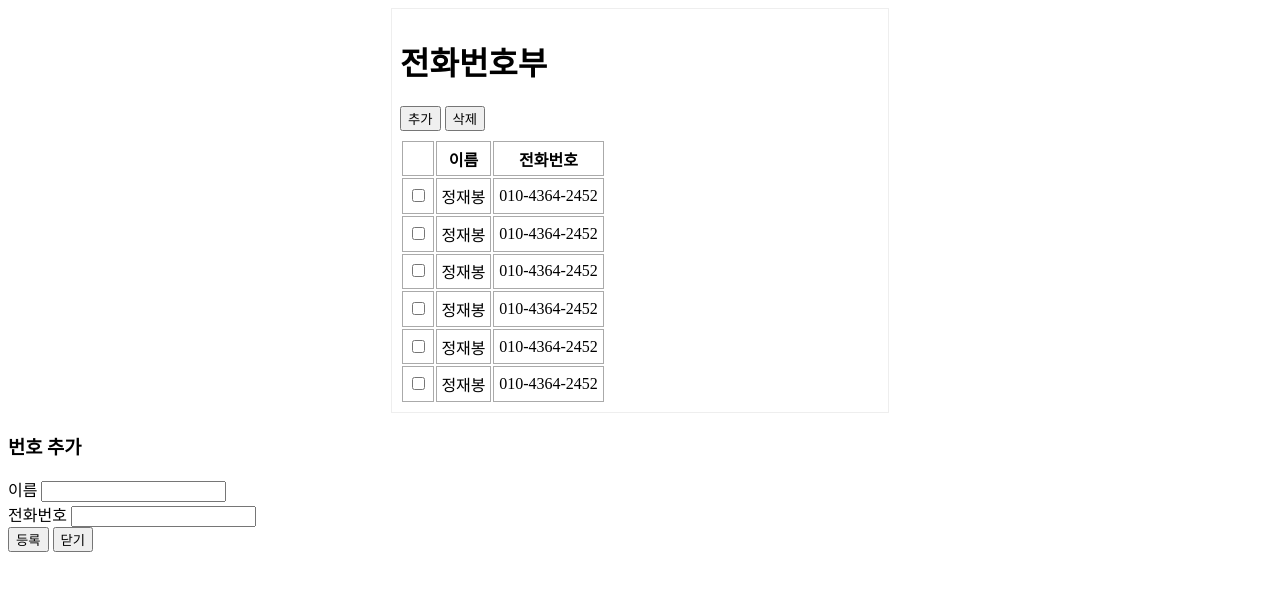
Repository: limjh0513/DGSW_JAVA
Page: http://localhost/web/phoneBook/phoneBook.html
The author's editor kept a copy of each file at every save. The page is drawn from the files as they stood at one save, then again after the next save.
The browser window is 1280 px wide. The pictures show the whole page.
The page is served by Tomcat 9. Other server files are loaded and not shown.

Above is the page before, as saved 2021-11-03 02:23:05.

### 2학기/JAVA_WEB/web/src/main/webapp/phoneBook/phoneBook.html
<!DOCTYPE html>
<html>
<head>
<meta charset="EUC-KR">
<title>전화번호부</title>
<link rel="stylesheet" href="css/phoneBook.css" />
</head>
<body>
	<div class="main">
		<h1>전화번호부</h1>
		<div class="btn">
			<button>추가</button>
			<button>삭제</button>
		</div>

		<table>
			<thead>
				<tr class="list">
					<th></th>
					<th>이름</th>
					<th>전화번호</th>
				</tr>
			</thead>
			<tbody>
				<tr class="list">
					<td><input type="checkbox" /></td>
					<td>정재봉</td>
					<td>010-4364-2452</td>
				</tr>
			<tbody>
				<tr class="list">
					<td><input type="checkbox" /></td>
					<td>정재봉</td>
					<td>010-4364-2452</td>
				</tr>
			<tbody>
				<tr class="list">
					<td><input type="checkbox" /></td>
					<td>정재봉</td>
					<td>010-4364-2452</td>
				</tr>
			<tbody>
				<tr class="list">
					<td><input type="checkbox" /></td>
					<td>정재봉</td>
					<td>010-4364-2452</td>
				</tr>
			<tbody>
				<tr class="list">
					<td><input type="checkbox" /></td>
					<td>정재봉</td>
					<td>010-4364-2452</td>
				</tr>
			<tbody>
				<tr class="list">
					<td><input type="checkbox" /></td>
					<td>정재봉</td>
					<td>010-4364-2452</td>
				</tr>
		</table>
	</div>

	<div class="registerLayer">
		<h3>번호 추가</h3>
		<div>
			<label>이름</label>
			<input type="text" name="name"/>
		</div>
		<div>
			<label>전화번호</label>
			<input type="text" name="phoenNumber"/>
		</div>
		<div>
			<input type="button" value="등록"/>
			<input type="button" value="닫기"/>
		</div>
	</div>
</body>
</html>

### 2학기/JAVA_WEB/web/src/main/webapp/phoneBook/css/phoneBook.css
@charset "EUC-KR";

.main {
	width: 30rem;
	border: 1px solid #EEE;
	margin: 0 auto 0 auto;
	padding: 0.5rem;
}

.btn{
	text-align: rigth;
	padding-right: 3rem;
	margin-bottom: 0.5rem;
}

.list{
	width: 95%;
	margin: 0 auto 0 auto;
	border-collapse: collapse;
}

.list th, td{
	border: 1px solid #AAA;
	padding: 0.3rem;
	text-align: center;
}

.registerLayer{
	width: 20rem;

}

After the next save:
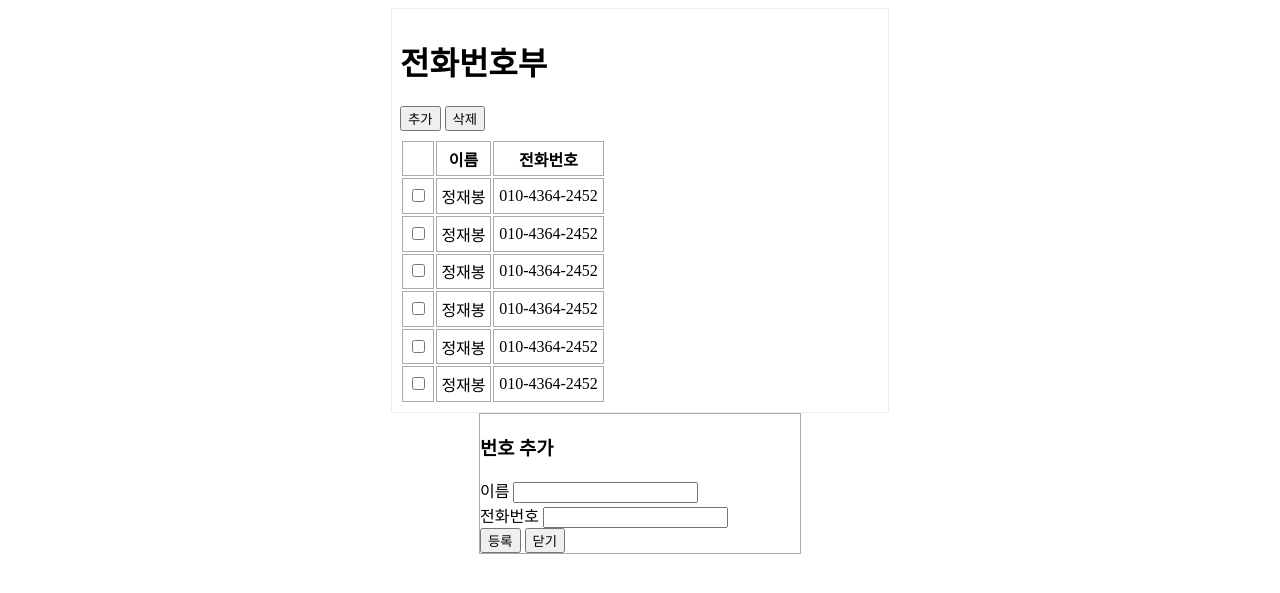
Saved 21 s later.
--- a/2학기/JAVA_WEB/web/src/main/webapp/phoneBook/css/phoneBook.css
+++ b/2학기/JAVA_WEB/web/src/main/webapp/phoneBook/css/phoneBook.css
@@ -27,5 +27,6 @@
 
 .registerLayer{
 	width: 20rem;
-
+	margin: 0 auto 0 auto;
+	border: 1px solid #AAA
 }
